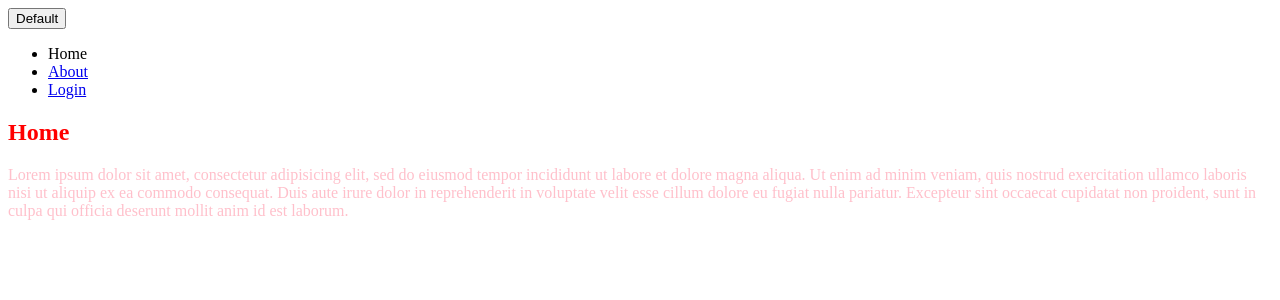
Repository: rileymeye1/ZTM
Page: project_files/index.html
An editor plug-in stored every save of this project. The page is shown before and after the next save, followed by the edit.
The browser window is 1280 px wide. The pictures show the whole page.

Above is the page before, as saved 2024-08-19 16:18:11.

### project_files/index.html

<!DOCTYPE html>
<html>
<head>
  <title>My first website!</title>
  <link rel="stylesheet" type="text/css" href="style.css">
</head>
<body>
  <button class="btn btn-primary">Default</button>
  <header>
    <nav>
      <ul>
        <li>Home</li>
        <li><a href="about.html">About</a></li>
        <li><a href="login.html">Login</a></li>
      </ul>
    </nav>
  </header>
  <section>
    <h2>Home</h2>
    <p>Lorem ipsum dolor sit amet, consectetur adipisicing elit, sed do eiusmod
    tempor incididunt ut labore et dolore magna aliqua. Ut enim ad minim veniam,
    quis nostrud exercitation ullamco laboris nisi ut aliquip ex ea commodo
    consequat. Duis aute irure dolor in reprehenderit in voluptate velit esse
    cillum dolore eu fugiat nulla pariatur. Excepteur sint occaecat cupidatat non
    proident, sunt in culpa qui officia deserunt mollit anim id est laborum.</p>
  </section>
</body>
</html>

### project_files/style.css
/* Selector {
  Property: value;
} */

h2 {
  color: red;
}

p {
  color: pink;
}

After the next save:
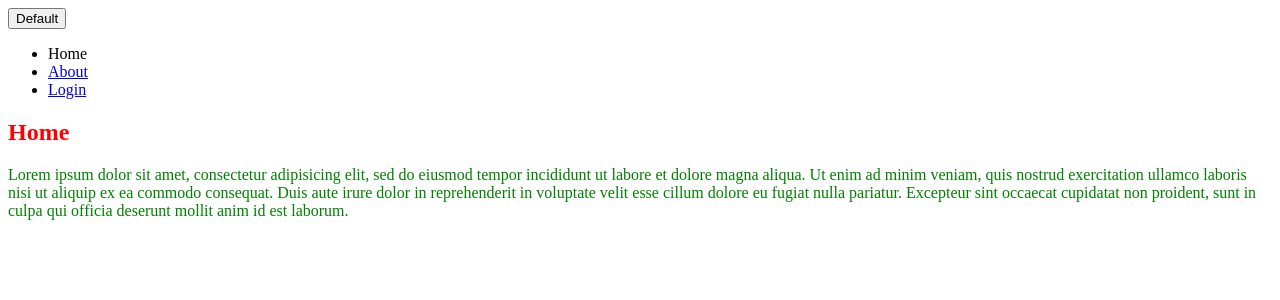
Saved 53 s later.
--- a/project_files/style.css
+++ b/project_files/style.css
@@ -9,3 +9,7 @@
 p {
   color: pink;
 }
+
+p {
+  color: green;
+}
